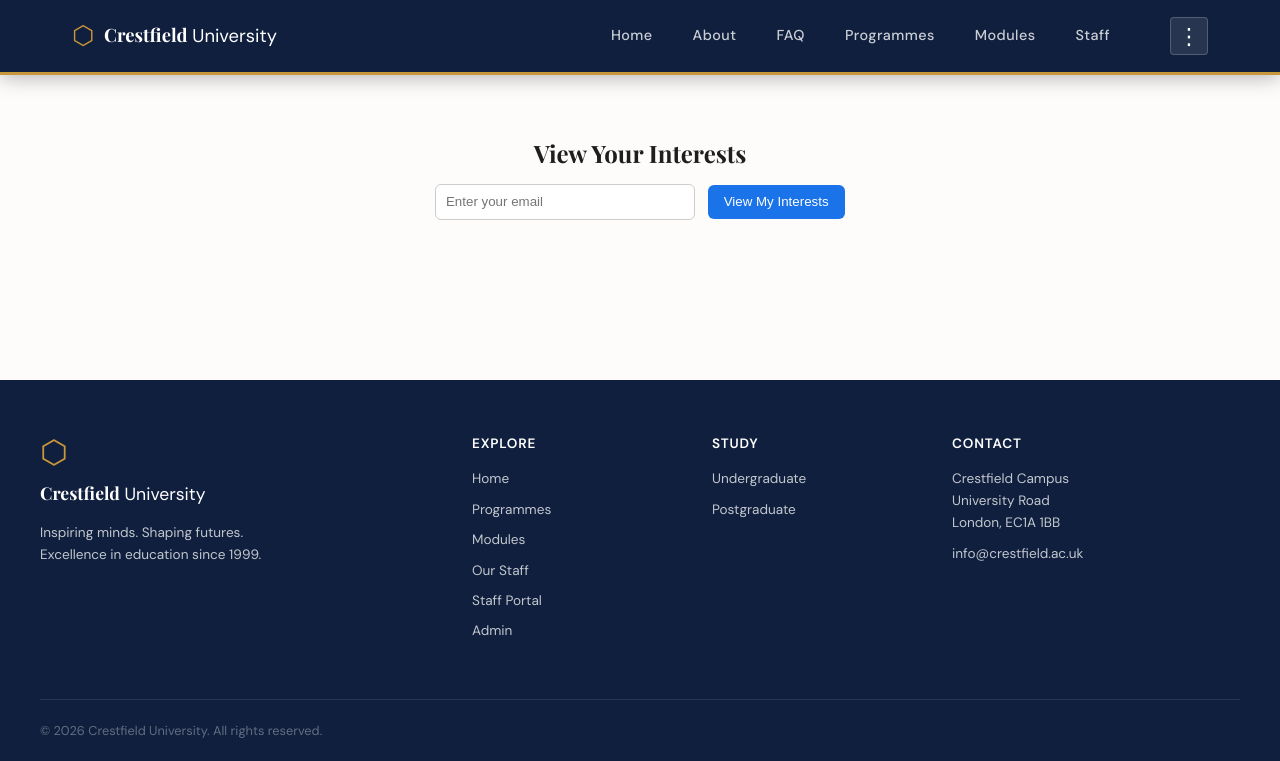
Repository: dowrinprity-blip/Web-Project
Page: http://localhost/University/my-interests.php
The author's editor kept a copy of each file at every save. The page is drawn from the files as they stood at one save, then again after the next save.
The browser window is 1280 px wide. The pictures show the whole page.
The page is run by PHP 8.4 with error messages shown; the project is at /var/www/html/.

Above is the page before, as saved 2026-03-25 19:50:11.

### my-interests.php
<?php
require_once 'includes/db.php';
$page_title = 'My Interests';

$interests = [];

if ($_SERVER['REQUEST_METHOD'] === 'POST' && !empty($_POST['email'])) {
    $email = $conn->real_escape_string($_POST['email']);

    $sql = "SELECT
                p.ProgrammeID,
                p.ProgrammemmeName,
                p.Description,
                p.Image,
                i.StudentName,
                i.RegisteredAt
            FROM interestedstudents i
            JOIN Programmes p ON i.ProgrammeID = p.ProgrammeID
            WHERE i.Email = '$email'
            ORDER BY i.RegisteredAt DESC";

    $result = $conn->query($sql);

    if ($result) {
        while ($row = $result->fetch_assoc()) {
            $interests[] = $row;
        }
    }
}

include 'includes/header.php';
?>

<section class="section">
    <div class="section-inner" style="max-width:1000px;margin:0 auto;text-align:center;">

        <h2 style="margin-bottom:1rem;">View Your Interests</h2>

        <!-- FORM -->
        <form method="POST" action="" style="margin-bottom:2rem;">
            <input
                type="email"
                name="email"
                placeholder="Enter your email"
                required
                style="padding:.6rem;width:260px;border:1px solid #ccc;border-radius:6px;"
            >
            <button
                type="submit"
                style="padding:.6rem 1rem;margin-left:.5rem;background:#1a73e8;color:#fff;border:none;border-radius:6px;cursor:pointer;"
            >
                View My Interests
            </button>
        </form>

        <!-- RESULTS -->
        <?php if ($_SERVER['REQUEST_METHOD'] === 'POST'): ?>

            <?php if (count($interests) > 0): ?>

                <div style="display:grid;grid-template-columns:repeat(auto-fill,minmax(260px,1fr));gap:1.2rem;">

                    <?php foreach ($interests as $i): ?>

                        <div style="border:1px solid #ddd;border-radius:12px;overflow:hidden;
                                    box-shadow:0 8px 20px rgba(0,0,0,0.08);
                                    transition:transform .2s;">

                            <!-- IMAGE -->
                            <img
                                src="uploads/<?= htmlspecialchars($i['Image']) ?>"
                                alt=""
                                style="width:100%;height:170px;object-fit:cover;"
                            >

                            <!-- CONTENT -->
                            <div style="padding:1rem;text-align:left;">

                                <h3 style="margin:0 0 .5rem 0;font-size:1.1rem;">
                                    <?= htmlspecialchars($i['ProgrammemmeName']) ?>
                                </h3>

                                <p style="font-size:.85rem;color:#555;line-height:1.5;">
                                    <?= htmlspecialchars($i['Description']) ?>
                                </p>

                                <p style="font-size:.75rem;color:#888;margin-top:.6rem;">
                                    Registered: <?= htmlspecialchars($i['RegisteredAt']) ?><br>
                                    Name: <?= htmlspecialchars($i['StudentName']) ?>
                                </p>

                                <!-- LINK -->
                                <a
                                    href="programme_details.php?id=<?= $i['ProgrammeID'] ?>"
                                    style="display:inline-block;margin-top:.7rem;
                                           padding:.45rem .9rem;
                                           background:#1a73e8;color:#fff;
                                           border-radius:6px;
                                           text-decoration:none;
                                           font-size:.8rem;">
                                    Go to Programme →
                                </a>

                            </div>
                        </div>

                    <?php endforeach; ?>

                </div>

            <?php else: ?>
                <p style="margin-top:1rem;color:#666;">
                    No interests found for this email.
                </p>
            <?php endif; ?>

        <?php endif; ?>

    </div>
</section>

<?php include 'includes/footer.php'; ?>

### includes/db.php
<?php
require_once __DIR__ . '/config.php';

// Create connection
function getDBConnection() {
    $conn = new mysqli(DB_HOST, DB_USER, DB_PASS, DB_NAME);

    if ($conn->connect_error) {
        die("Connection failed: " . $conn->connect_error);
    }

    $conn->set_charset("utf8mb4");
    return $conn;
}

// Global connection
$conn = getDBConnection();

function checkDatabaseExists() {
    $conn = new mysqli(DB_HOST, DB_USER, DB_PASS);
    $result = $conn->query("SELECT SCHEMA_NAME FROM INFORMATION_SCHEMA.SCHEMATA WHERE SCHEMA_NAME = '" . DB_NAME . "'");
    return $result->num_rows > 0;
}
?>

### includes/config.php
<?php
/**
 * Central Configuration File - Load this first in all includes
 */

// ==================== BASE URL DETECTION ====================
if (!function_exists('detectBaseUrl')) {
    function detectBaseUrl() {
        $protocol = isset($_SERVER['HTTPS']) && $_SERVER['HTTPS'] === 'on' ? 'https://' : 'http://';
        $host = $_SERVER['HTTP_HOST'];
        $scriptName = $_SERVER['SCRIPT_NAME'];

        $basePath = dirname(dirname($scriptName));
        $basePath = str_replace('\\', '/', $basePath);

        if ($basePath == '/' || $basePath == '\\') {
            $basePath = '';
        }

        return rtrim($protocol . $host . $basePath, '/');
    }
}

if (!defined('BASE_URL')) {
    define('BASE_URL', 'http://localhost/University');
}

// ==================== DATABASE CONSTANTS ====================
if (!defined('DB_HOST')) {
    define('DB_HOST', 'localhost');
    define('DB_USER', 'root');
    define('DB_PASS', '');
    define('DB_NAME', 'student_course_hub');
}
?>

### includes/header.php
<?php
$current_page = basename($_SERVER['PHP_SELF']);
if (!function_exists('isStudentLoggedIn')) {
    require_once __DIR__ . '/auth.php';
}

$staffLoggedIn   = function_exists('isStaffLoggedIn')   && isStaffLoggedIn();
$studentLoggedIn = function_exists('isStudentLoggedIn') && isStudentLoggedIn();
$adminLoggedIn   = function_exists('isAdminLoggedIn')   && isAdminLoggedIn();
?>
<!DOCTYPE html>
<html lang="en">
<head>
    <meta charset="UTF-8">
    <meta name="viewport" content="width=device-width, initial-scale=1.0">
    <title><?= isset($page_title) ? htmlspecialchars($page_title) . ' — ' : '' ?>Crestfield University</title>
    <link rel="preconnect" href="https://fonts.googleapis.com">
    <link rel="preconnect" href="https://fonts.gstatic.com" crossorigin>
    <link href="https://fonts.googleapis.com/css2?family=Playfair+Display:wght@400;600;700;900&family=DM+Sans:wght@300;400;500;600&display=swap" rel="stylesheet">
    <link rel="stylesheet" href="<?= BASE_URL ?>/css/style.css">
    <style>
        .portal-menu-wrap { position: relative; margin-left: .5rem; }
        .portal-dots-btn {
            background: rgba(255,255,255,.1);
            border: 1px solid rgba(255,255,255,.2);
            color: #fff; border-radius: var(--radius);
            width: 38px; height: 38px;
            display: flex; align-items: center; justify-content: center;
            cursor: pointer; font-size: 1.4rem; transition: background .2s; flex-shrink: 0;
        }
        .portal-dots-btn:hover { background: rgba(201,150,58,.25); }
        .portal-dropdown {
            display: none; position: absolute; right: 0; top: calc(100% + 10px);
            background: #fff; border-radius: var(--radius-lg);
            box-shadow: 0 12px 40px rgba(11,29,58,.22);
            min-width: 230px; overflow: hidden; z-index: 500;
            border: 1px solid var(--border);
        }
        .portal-dropdown.open { display: block; }
        .portal-dropdown-header {
            background: var(--navy); color: rgba(255,255,255,.6);
            font-size: .68rem; font-weight: 700; letter-spacing: .1em;
            text-transform: uppercase; padding: .65rem 1.1rem;
        }
        .portal-dropdown a {
            display: flex; align-items: center; gap: .75rem;
            padding: .75rem 1.1rem; font-size: .88rem; font-weight: 500;
            color: var(--navy); border-bottom: 1px solid #f5f2ee; transition: background .15s;
        }
        .portal-dropdown a:last-child { border-bottom: none; }
        .portal-dropdown a:hover { background: #fdf9f3; }
        .portal-dropdown a .pd-icon { font-size: 1rem; width: 22px; text-align: center; }
        .portal-dropdown a .pd-label { flex: 1; }
        .portal-dropdown a .pd-arrow { font-size: .8rem; color: var(--gold); }
        .portal-dropdown a.pd-active { background: #fdf6e3; font-weight: 600; }
        .portal-dropdown a.pd-logout { color: #922b21; }
        .portal-dropdown a.pd-logout:hover { background: #fdecea; }
    </style>
</head>
<body>

<header class="site-header">
    <div class="header-inner">
        <a href="<?= BASE_URL ?>/index.php" class="logo">
            <span class="logo-crest">⬡</span>
            <span class="logo-text"><strong>Crestfield</strong> University</span>
        </a>

        <nav class="main-nav">
            <a href="<?= BASE_URL ?>/index.php"           class="<?= $current_page === 'index.php'           ? 'active' : '' ?>">Home</a>
            <a href="<?= BASE_URL ?>/index.php#about">About</a>
            <a href="<?= BASE_URL ?>/index.php#faq">FAQ</a>
            <a href="<?= BASE_URL ?>/programmes.php"      class="<?= $current_page === 'programmes.php'      ? 'active' : '' ?>">Programmes</a>
            <a href="<?= BASE_URL ?>/modules.php"         class="<?= $current_page === 'modules.php'         ? 'active' : '' ?>">Modules</a>
            <a href="<?= BASE_URL ?>/staff_directory.php" class="<?= $current_page === 'staff_directory.php' ? 'active' : '' ?>">Staff</a>
        </nav>

        <!-- 3-dot portal menu -->
        <div class="portal-menu-wrap">
            <button class="portal-dots-btn" onclick="togglePortalMenu()" aria-label="Portal menu" title="Login / My Portal">⋮</button>

            <div class="portal-dropdown" id="portal-dropdown">

                <?php if ($adminLoggedIn): ?>
                <div class="portal-dropdown-header">Admin Portal</div>
                <a href="<?= BASE_URL ?>/admin/index.php" class="pd-active">
                    <span class="pd-icon">🛡️</span><span class="pd-label">Admin Dashboard</span><span class="pd-arrow">→</span>
                </a>
                <a href="<?= BASE_URL ?>/admin/logout.php" class="pd-logout">
                    <span class="pd-icon">⏻</span><span class="pd-label">Sign Out</span>
                </a>

                <?php elseif ($staffLoggedIn): ?>
                <?php $sd = getLoggedInStaff(); ?>
                <div class="portal-dropdown-header">Staff Portal</div>
                <a href="<?= BASE_URL ?>/staff/dashboard.php" class="pd-active">
                    <span class="pd-icon">👤</span><span class="pd-label"><?= htmlspecialchars($sd['Name'] ?? 'My Portal') ?></span><span class="pd-arrow">→</span>
                </a>
                <a href="<?= BASE_URL ?>/staff/profile.php">
                    <span class="pd-icon">✏️</span><span class="pd-label">My Profile</span><span class="pd-arrow">→</span>
                </a>
                <a href="<?= BASE_URL ?>/staff/my_modules.php">
                    <span class="pd-icon">📚</span><span class="pd-label">My Modules</span><span class="pd-arrow">→</span>
                </a>
                <a href="<?= BASE_URL ?>/staff/logout.php" class="pd-logout">
                    <span class="pd-icon">⏻</span><span class="pd-label">Sign Out</span>
                </a>

                <?php elseif ($studentLoggedIn): ?>
                <?php $stu = getLoggedInStudent(); ?>
                <div class="portal-dropdown-header">Student Portal</div>
                <a href="<?= BASE_URL ?>/student/dashboard.php" class="pd-active">
                    <span class="pd-icon">🎓</span><span class="pd-label"><?= htmlspecialchars($stu['FullName'] ?? 'My Portal') ?></span><span class="pd-arrow">→</span>
                </a>
                <a href="<?= BASE_URL ?>/student/my_profile.php">
                    <span class="pd-icon">👤</span><span class="pd-label">My Profile</span><span class="pd-arrow">→</span>
                </a>
                <a href="<?= BASE_URL ?>/student/my_interests.php">
                    <span class="pd-icon">⭐</span><span class="pd-label">My Interests</span><span class="pd-arrow">→</span>
                </a>
                <a href="<?= BASE_URL ?>/student/logout.php" class="pd-logout">
                    <span class="pd-icon">⏻</span><span class="pd-label">Sign Out</span>
                </a>

                <?php else: ?>
                <a href="<?= BASE_URL ?>/my-interests.php">
    <span class="pd-icon">⭐</span>
    <span class="pd-label">View My Interests</span>
    <span class="pd-arrow">→</span>
</a>

                <div class="portal-dropdown-header">Student Access</div>
                <a href="<?= BASE_URL ?>/student/login.php">
                    <span class="pd-icon">🎓</span><span class="pd-label">Student Login</span><span class="pd-arrow">→</span>
                </a>

                <div class="portal-dropdown-header">Staff Access</div>
                <a href="<?= BASE_URL ?>/staff/login.php">
                    <span class="pd-icon">👔</span><span class="pd-label">Staff Login</span><span class="pd-arrow">→</span>
                </a>
                <div class="portal-dropdown-header">Admin Access</div>
                <a href="<?= BASE_URL ?>/admin/login.php">
                    <span class="pd-icon">🛡️</span><span class="pd-label">Admin Login</span><span class="pd-arrow">→</span>
                </a>
                <?php endif; ?>

            </div>
        </div>

        <button class="nav-toggle" onclick="document.querySelector('.main-nav').classList.toggle('open')">☰</button>
    </div>
</header>

<script>
function togglePortalMenu() {
    document.getElementById('portal-dropdown').classList.toggle('open');
}
document.addEventListener('click', function(e) {
    var wrap = document.querySelector('.portal-menu-wrap');
    if (wrap && !wrap.contains(e.target)) {
        document.getElementById('portal-dropdown').classList.remove('open');
    }
});
</script>

### includes/footer.php
<footer class="site-footer">
    <div class="footer-inner">
        <div class="footer-brand">
            <span class="logo-crest">⬡</span>
            <span class="logo-text"><strong>Crestfield</strong> University</span>
            <p>Inspiring minds. Shaping futures.<br>Excellence in education since 1999.</p>
        </div>
        <div class="footer-links">
            <h4>Explore</h4>
            <a href="<?= BASE_URL ?>/index.php">Home</a>
            <a href="<?= BASE_URL ?>/programmes.php">Programmes</a>
            <a href="<?= BASE_URL ?>/modules.php">Modules</a>
            <a href="<?= BASE_URL ?>/staff_directory.php">Our Staff</a>
            <a href="<?= BASE_URL ?>/staff_portal.php">Staff Portal</a>
            <a href="<?= BASE_URL ?>/admin/login.php">Admin</a>
        </div>
        <div class="footer-links">
            <h4>Study</h4>
            <a href="<?= BASE_URL ?>/programmes.php?level=1">Undergraduate</a>
            <a href="<?= BASE_URL ?>/programmes.php?level=2">Postgraduate</a>
        </div>
        <div class="footer-contact">
            <h4>Contact</h4>
            <p>Crestfield Campus<br>University Road<br>London, EC1A 1BB</p>
            <p>info@crestfield.ac.uk</p>
        </div>
    </div>
    <div class="footer-bottom">
        <p>&copy; <?= date('Y') ?> Crestfield University. All rights reserved.</p>
    </div>
</footer>
<script src="<?= BASE_URL ?>/js/main.js"></script>
</body>
</html>

Loaded but not shown: js/main.js (22 lines, source omitted); css/style.css (525 lines, source omitted); includes/auth.php (554 lines, source omitted)

After the next save:
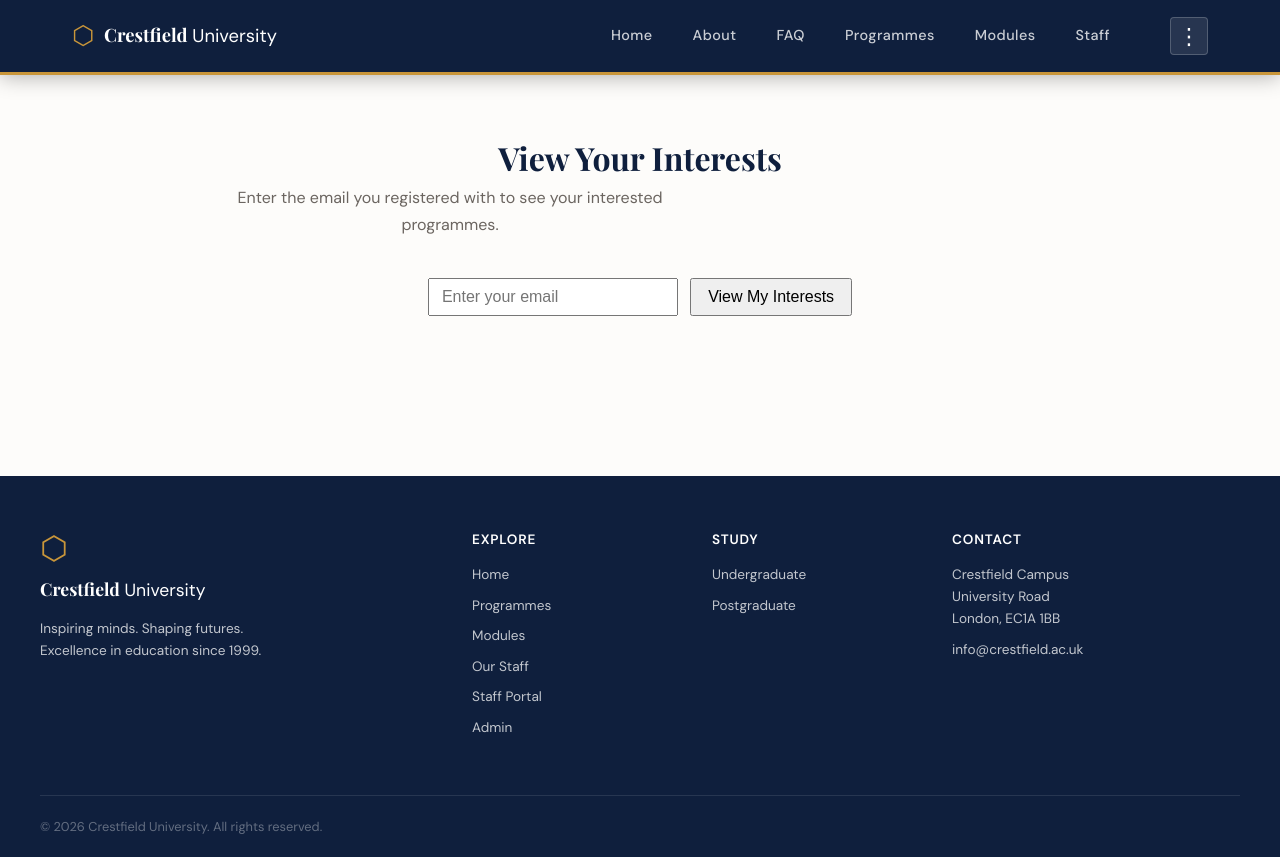
Saved 4 min 1 s later.
--- a/my-interests.php
+++ b/my-interests.php
@@ -1,121 +1,70 @@
 <?php
 require_once 'includes/db.php';
 $page_title = 'My Interests';
+include 'includes/header.php';
 
+// Initialize empty array for results
 $interests = [];
 
 if ($_SERVER['REQUEST_METHOD'] === 'POST' && !empty($_POST['email'])) {
     $email = $conn->real_escape_string($_POST['email']);
 
-    $sql = "SELECT
-                p.ProgrammeID,
-                p.ProgrammemmeName,
-                p.Description,
-                p.Image,
-                i.StudentName,
-                i.RegisteredAt
-            FROM interestedstudents i
-            JOIN Programmes p ON i.ProgrammeID = p.ProgrammeID
-            WHERE i.Email = '$email'
-            ORDER BY i.RegisteredAt DESC";
+    // Fetch all programmes the email is interested in
+    $sql = "
+        SELECT
+            p.ProgrammeID,
+            p.ProgrammeName,
+            p.Description,
+            p.Image,
+            i.StudentName,
+            i.RegisteredAt
+        FROM interestedstudents i
+        JOIN Programmes p ON i.ProgrammeID = p.ProgrammeID
+        WHERE i.Email = '$email'
+        ORDER BY i.RegisteredAt DESC
+    ";
 
     $result = $conn->query($sql);
 
-    if ($result) {
+    if ($result && $result->num_rows > 0) {
         while ($row = $result->fetch_assoc()) {
             $interests[] = $row;
         }
     }
 }
-
-include 'includes/header.php';
 ?>
 
 <section class="section">
-    <div class="section-inner" style="max-width:1000px;margin:0 auto;text-align:center;">
+    <div class="section-inner" style="max-width:900px;margin:0 auto;">
+        <div class="section-header" style="text-align:center;">
+            <h2>View Your Interests</h2>
+            <p>Enter the email you registered with to see your interested programmes.</p>
+        </div>
 
-        <h2 style="margin-bottom:1rem;">View Your Interests</h2>
-
-        <!-- FORM -->
-        <form method="POST" action="" style="margin-bottom:2rem;">
-            <input
-                type="email"
-                name="email"
-                placeholder="Enter your email"
-                required
-                style="padding:.6rem;width:260px;border:1px solid #ccc;border-radius:6px;"
-            >
-            <button
-                type="submit"
-                style="padding:.6rem 1rem;margin-left:.5rem;background:#1a73e8;color:#fff;border:none;border-radius:6px;cursor:pointer;"
-            >
-                View My Interests
-            </button>
+        <form method="POST" action="" style="text-align:center;margin-bottom:2rem;">
+            <input type="email" name="email" placeholder="Enter your email" required style="padding:.5rem .75rem;font-size:1rem;width:250px;">
+            <button type="submit" style="padding:.5rem 1rem;font-size:1rem;margin-left:.5rem;">View My Interests</button>
         </form>
 
-        <!-- RESULTS -->
         <?php if ($_SERVER['REQUEST_METHOD'] === 'POST'): ?>
-
-            <?php if (count($interests) > 0): ?>
-
-                <div style="display:grid;grid-template-columns:repeat(auto-fill,minmax(260px,1fr));gap:1.2rem;">
-
+            <?php if (!empty($interests)): ?>
+                <div class="cards-grid" style="display:grid;grid-template-columns:repeat(auto-fill,minmax(250px,1fr));gap:1.5rem;">
                     <?php foreach ($interests as $i): ?>
-
-                        <div style="border:1px solid #ddd;border-radius:12px;overflow:hidden;
-                                    box-shadow:0 8px 20px rgba(0,0,0,0.08);
-                                    transition:transform .2s;">
-
-                            <!-- IMAGE -->
-                            <img
-                                src="uploads/<?= htmlspecialchars($i['Image']) ?>"
-                                alt=""
-                                style="width:100%;height:170px;object-fit:cover;"
-                            >
-
-                            <!-- CONTENT -->
-                            <div style="padding:1rem;text-align:left;">
-
-                                <h3 style="margin:0 0 .5rem 0;font-size:1.1rem;">
-                                    <?= htmlspecialchars($i['ProgrammemmeName']) ?>
-                                </h3>
-
-                                <p style="font-size:.85rem;color:#555;line-height:1.5;">
-                                    <?= htmlspecialchars($i['Description']) ?>
-                                </p>
-
-                                <p style="font-size:.75rem;color:#888;margin-top:.6rem;">
-                                    Registered: <?= htmlspecialchars($i['RegisteredAt']) ?><br>
-                                    Name: <?= htmlspecialchars($i['StudentName']) ?>
-                                </p>
-
-                                <!-- LINK -->
-                                <a
-                                    href="programme_details.php?id=<?= $i['ProgrammeID'] ?>"
-                                    style="display:inline-block;margin-top:.7rem;
-                                           padding:.45rem .9rem;
-                                           background:#1a73e8;color:#fff;
-                                           border-radius:6px;
-                                           text-decoration:none;
-                                           font-size:.8rem;">
-                                    Go to Programme →
-                                </a>
-
+                        <div class="card" style="border-radius:var(--radius-lg);overflow:hidden;box-shadow:0 8px 20px rgba(0,0,0,0.1);transition:transform .3s ease;">
+                            <img src="<?= htmlspecialchars($i['Image']) ?>" alt="<?= htmlspecialchars($i['ProgrammeName']) ?>" style="width:100%;height:180px;object-fit:cover;">
+                            <div class="card-body" style="padding:1rem;">
+                                <h3 style="margin:0 0 .5rem 0;font-size:1.1rem;"><?= htmlspecialchars($i['ProgrammeName']) ?></h3>
+                                <p style="font-size:.85rem;color:var(--text-muted);height:3.5rem;overflow:hidden;"><?= htmlspecialchars($i['Description']) ?></p>
+                                <p style="font-size:.75rem;color:var(--text-muted);margin-top:.5rem;">Registered on: <?= date('d M Y', strtotime($i['RegisteredAt'])) ?></p>
+                                <a href="programme_details.php?id=<?= $i['ProgrammeID'] ?>" class="btn btn-gold" style="display:inline-block;margin-top:.75rem;">Go to Programme →</a>
                             </div>
                         </div>
-
                     <?php endforeach; ?>
-
                 </div>
-
             <?php else: ?>
-                <p style="margin-top:1rem;color:#666;">
-                    No interests found for this email.
-                </p>
+                <p style="text-align:center;color:red;font-weight:600;">No interests found for this email.</p>
             <?php endif; ?>
-
         <?php endif; ?>
-
     </div>
 </section>
 
